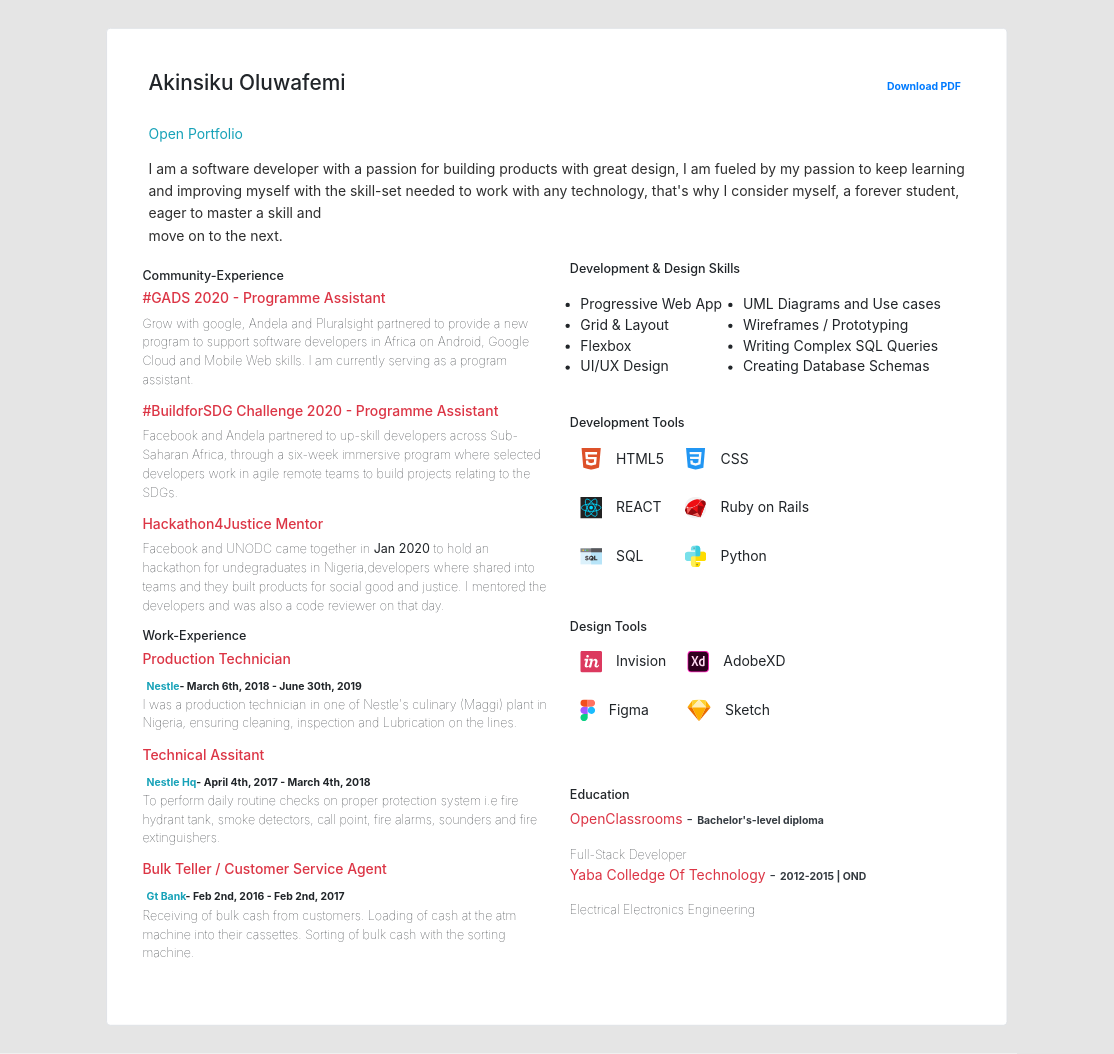
Repository: akinsikuoluwafemi/resume
Page: index.html
An editor plug-in stored every save of this project. The page is shown before and after the next save, followed by the edit.
The browser window is 1280 px wide. The pictures show the whole page, at 87% of full size.
The style sheet was rebuilt from its Sass, Less or Tailwind sources for each picture, by a compiler version that may differ from the author's.

Above is the page before, as saved 2020-08-03 19:23:40.

### index.html
<!DOCTYPE html>
<html lang="en">

<head>
    <meta charset="UTF-8">
    <meta name="viewport" content="width=device-width, initial-scale=1.0">
    <meta http-equiv="X-UA-Compatible" content="ie=edge">
    <link rel="shortcut icon" type="image/png" href="./images/new-photo.png">

    <link rel="stylesheet" href="https://stackpath.bootstrapcdn.com/bootstrap/4.3.1/css/bootstrap.min.css" integrity="sha384-ggOyR0iXCbMQv3Xipma34MD+dH/1fQ784/j6cY/iJTQUOhcWr7x9JvoRxT2MZw1T"
        crossorigin="anonymous" />
    <link rel="stylesheet" href="./resume.css">

    <title>Akinsiku Oluwafemi - Software Developer</title>
</head>

<body>

   <div class="col-sm-12 col-lg-10 m-auto">
       <!--  -->
        <div class="p-c container border px-3 py-4 px-lg-5 py-lg-5 ">
            <header class="row">
                <div class="col d-flex align-items-center">
                    <h4 class="header__name mr-auto">Akinsiku Oluwafemi</h4>
                    <a href="./images/newresume.pdf" download="Femi_Akinsiku_resume.pdf" class="badge">Download PDF</a>
                </div>
            </header>
            <div class="row mt-4">
                <a href="https://femiakin.com/" target="_blank" class="col text-info">Open Portfolio</a>
            </div>

            <div class="row mt-3">
                <div class="col">
                    <p class="intro">I am a software developer with a passion for building products with great design, I am
                        fueled by my passion to keep learning and improving myself with the skill-set needed to work with
                        any
                        technology,
                        that's why I consider myself, a forever student, eager to master a skill and <br /> move on to the
                        next. </p>
                </div>
            </div>


            <div class="row">

                <div class="col col-lg-6 p-2  ">
                    <div>
                        <h5 class="item__header">Community-Experience</h5>

                        <h6 class="item__job text-danger">#GADS 2020 - Programme Assistant </h6>
                        <p class="item__description">Grow with google, Andela and Pluralsight partnered to provide a new
                            program to support
                            software developers in Africa on Android, Google Cloud and Mobile Web skills. I am currently
                            serving as a
                            program assistant.</p>

                    </div>

                    <div>



                        <h6 class="item__job text-danger">#BuildforSDG Challenge 2020 - Programme Assistant </h6>


                        <p class="item__description">Facebook and Andela partnered to up-skill developers across
                            Sub-Saharan
                            Africa,
                            through a six-week immersive program where selected developers work in agile remote
                            teams to build projects relating to the SDGs.
                        </p>

                    </div>

                    <div>
                        <h6 class="item__job text-danger">Hackathon4Justice Mentor</h6>
                        <p class="item__description">Facebook and UNODC came together in <strong>Jan 2020</strong> to hold
                            an
                            hackathon for
                            undegraduates in Nigeria,developers where shared into teams and they built products for social
                            good
                            and justice. I mentored the developers and was
                            also a code reviewer on that day.
                        </p>
                    </div>


                    <!-- here -->
                    <div>
                        <h5 class="item__header">Work-Experience</h5>
                        <h6 class="item__job text-danger">Production Technician</h6>
                        <span class="badge"><span class="text-info">Nestle</span>- March 6th, 2018 - June 30th, 2019 </span>
                        <p class="item__description">I was a production technician in one of Nestle's culinary (Maggi)
                            plant in
                            Nigeria,
                            ensuring cleaning, inspection and Lubrication on the lines.</p>

                    </div>
                    <div>
                        <h6 class="item__job text-danger">Technical Assitant</h6>
                        <span class="badge"><span class="text-info">Nestle Hq</span>- April 4th, 2017 - March 4th, 2018</span>
                        <p class="item__description">To perform daily routine checks on proper protection system i.e fire
                            hydrant tank,
                            smoke detectors, call point, fire
                            alarms, sounders and fire extinguishers.
                        </p>

                    </div>
                    <div>
                        <h6 class="item__job text-danger">Bulk Teller / Customer Service Agent</h6>
                        <span class="badge"><span class="text-info">Gt Bank</span>- Feb 2nd, 2016 - Feb 2nd, 2017 </span>
                        <p class="item__description">Receiving of bulk cash from customers.
                            Loading of cash at the atm machine into their cassettes.
                            Sorting of bulk cash with the sorting machine.</p>

                    </div>
                    <!-- here2 -->


                </div>
                <div class="col col-lg-6 ">

                    <div>
                        <h5 class="item__header ">Development & Design Skills</h5>
                        <div class="d-flex ">
                            <ul class="list__item">
                                <li>Progressive Web App</li>
                                <li>Grid & Layout</li>
                                <li>Flexbox</li>
                                <li>UI/UX Design</li>


                            </ul>
                            <ul class="list__item">
                                <li>UML Diagrams and Use cases</li>
                                <li>Wireframes / Prototyping</li>
                                <li>Writing Complex SQL Queries</li>
                                <li>Creating Database Schemas</li>



                            </ul>
                        </div>


                    </div>

                    <div class="item__container">
                        <h5 class="item__header">Development Tools</h5>
                        <div class="d-flex ">
                            <ul class="list__item">
                                <div class="d-flex  mb-3">
                                    <img src="./images/html5.svg" />
                                    <p class="ml-3">HTML5</p>
                                </div>
                                <div class="d-flex  mb-3">
                                    <img src="./images/react-1.svg" />
                                    <p class="ml-3">REACT</p>
                                </div>
                                <div class="d-flex ">
                                    <img src="./images/sql.svg" />
                                    <p class="ml-3">SQL</p>
                                </div>

                            </ul>
                            <ul class="list__item ">
                                <div class="d-flex  mb-3">
                                    <img src="./images/css-3.svg" />
                                    <p class="ml-3">CSS</p>
                                </div>
                                <div class="d-flex  mb-3">
                                    <img src="./images/ruby.svg" />
                                    <p class="ml-3">Ruby on Rails</p>
                                </div>
                                <div class="d-flex ">
                                    <img src="./images/python.svg" />
                                    <p class="ml-3">Python</p>
                                </div>


                            </ul>
                        </div>


                    </div>

                    <!-- here -->

                    <div class="item__contain">
                        <h5 class="item__header">Design Tools</h5>
                        <div class="d-flex ">
                            <ul class="list__item">
                                <div class="d-flex mb-3">
                                    <img src="./images/invision.svg" />
                                    <p class="ml-3">Invision</p>
                                </div>
                                <div class="d-flex ">
                                    <img src="./images/figma-1.svg" />
                                    <p class="ml-3">Figma</p>
                                </div>

                            </ul>
                            <ul class="list__item ">
                                <div class="d-flex  mb-3 ">
                                    <img src="./images/adobe-xd-1.svg" />
                                    <p class="ml-3">AdobeXD</p>
                                </div>
                                <div class="d-flex ">
                                    <img src="./images/sketch-2.svg" />
                                    <p class="ml-3">Sketch</p>
                                </div>


                            </ul>
                        </div>


                    </div>
                    <div class="edu">
                        <h5 class="item__header">Education</h5>
                        <p paragraph><a href="https://www.francecompetences.fr/recherche/rncp/27099/" class="text-danger text-info">OpenClassrooms
                            <span class="text-dark">-</span><span class="badge text-dark">Bachelor's-level diploma</span></a></p>

                        <span class="item__description "><a style="color: #212529" href="https://openclassrooms.com/en/paths/104-full-stack-developer">Full-Stack Developer</a></span>

                        <p class="text-danger paragraph pt-2">Yaba Colledge Of Technology <span class="text-dark">-</span><span class="badge text-dark">2012-2015
                                | OND</span></p>
                        <span class="item__description ">Electrical Electronics Engineering</span>


                    </div>



                </div>

            </div>


        </div>

        <!--  -->
   </div>










    <script src="https://code.jquery.com/jquery-3.3.1.slim.min.js" integrity="sha384-q8i/X+965DzO0rT7abK41JStQIAqVgRVzpbzo5smXKp4YfRvH+8abtTE1Pi6jizo"
        crossorigin="anonymous"></script>
    <script src="https://cdnjs.cloudflare.com/ajax/libs/popper.js/1.14.7/umd/popper.min.js" integrity="sha384-UO2eT0CpHqdSJQ6hJty5KVphtPhzWj9WO1clHTMGa3JDZwrnQq4sF86dIHNDz0W1"
        crossorigin="anonymous"></script>
    <script src="https://stackpath.bootstrapcdn.com/bootstrap/4.3.1/js/bootstrap.min.js" integrity="sha384-JjSmVgyd0p3pXB1rRibZUAYoIIy6OrQ6VrjIEaFf/nJGzIxFDsf4x0xIM+B07jRM"
        crossorigin="anonymous"></script>
</body>

</html>

### resume.scss


body {
    background-color: #E5E5E5;

    -webkit-font-smoothing: antialiased;
  -moz-osx-font-smoothing: grayscale;
}

.container {
    margin: 2rem auto;
    background-color: white;
    border-radius: .3rem;
}

.intro {
    font-size: 1rem;
    color: rgba(0,0,0,0.82);
    line-height: 1.6rem;
}


.text-info:hover{
    text-decoration: none;
}

img {
    height: 25px;
}



.item {

     &__contain {
        margin-bottom: 2rem!important;
        // background: red;
    }

    &__container {
        margin: 1rem 0!important;
    }

    &__dev {
         font-size: .9rem;
        margin-bottom: 1rem;
    }

    &__header {
        font-size: .9rem;
        margin-bottom: .5rem;
    }

    &__description {
        font-weight: 100;
        font-size: .9rem;
    }

}


.list__item {
    padding: 12px;
}

@media (max-width: 576px) {
    br {
        display: none;
    }
 }

 .paragraph {
   padding: 0!important;
 }

After the next save:
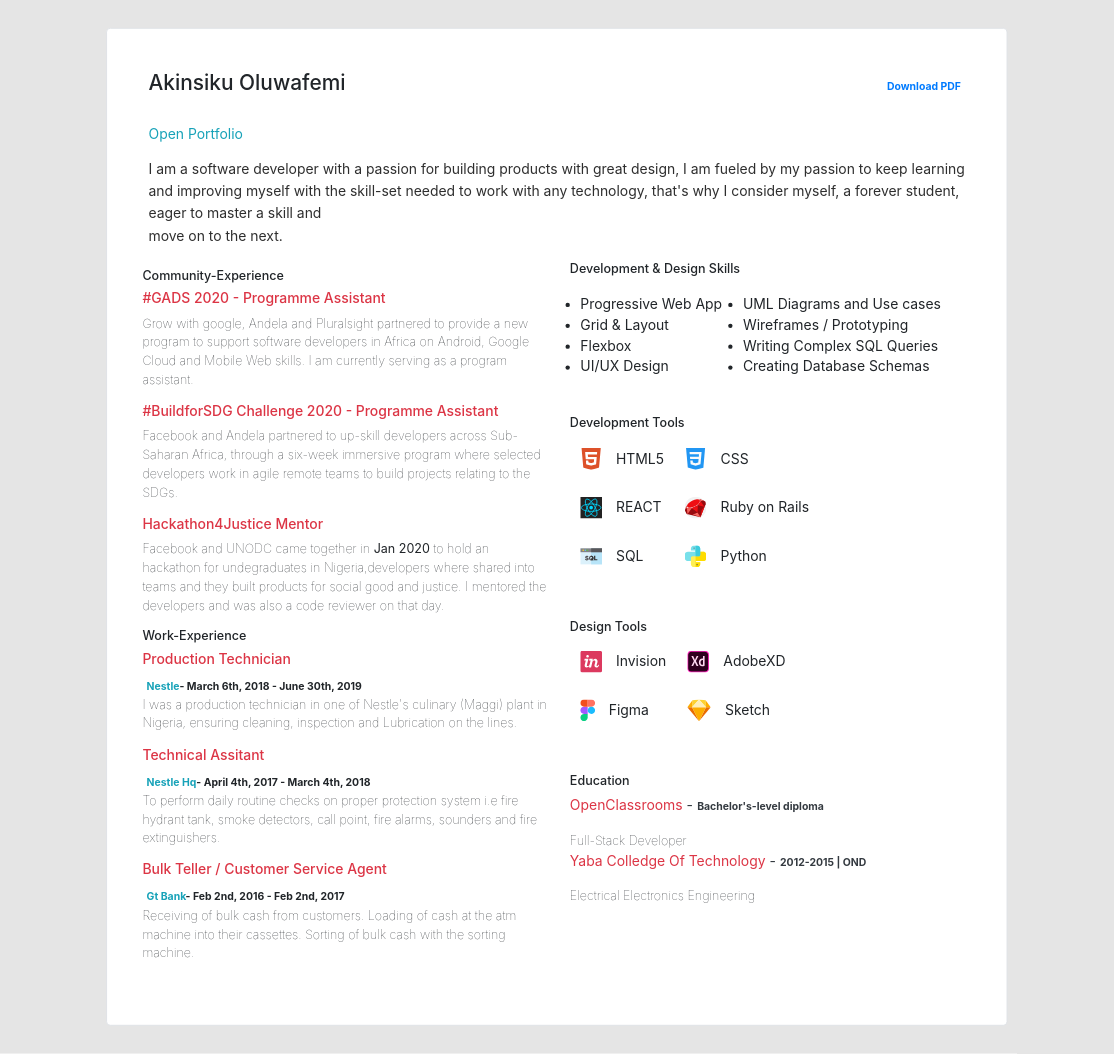
Saved 81 s later.
--- a/resume.scss
+++ b/resume.scss
@@ -33,7 +33,7 @@
 .item {
 
      &__contain {
-        margin-bottom: 2rem!important;
+        margin-bottom: 1rem!important;
         // background: red;
     }
 
